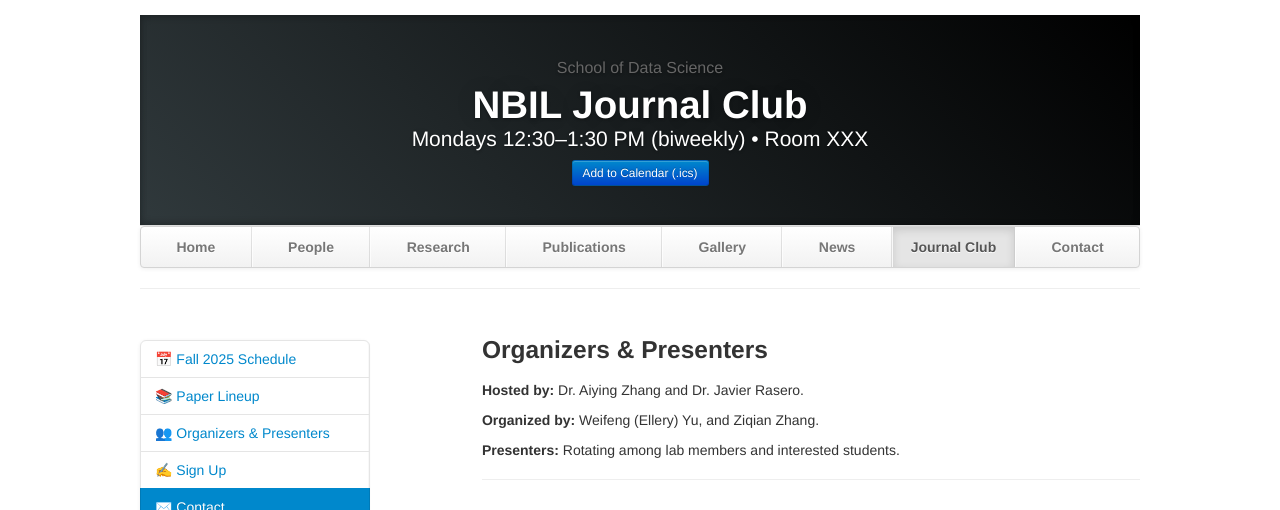
Repository: nbillab/nbillab.io
Page: journalclub.html
The author's editor kept a copy of each file at every save. The page is drawn from the files as they stood at one save, then again after the next save.
The browser window is 1280 px wide. The pictures show the part of the page from y = 0 to 510 px (the page is 2011 px tall before and 1831 px after).
Pictures or frames that could not be fetched are drawn as grey boxes.

Above is the page before, as saved 2025-09-08 16:02:05.

After the next save:
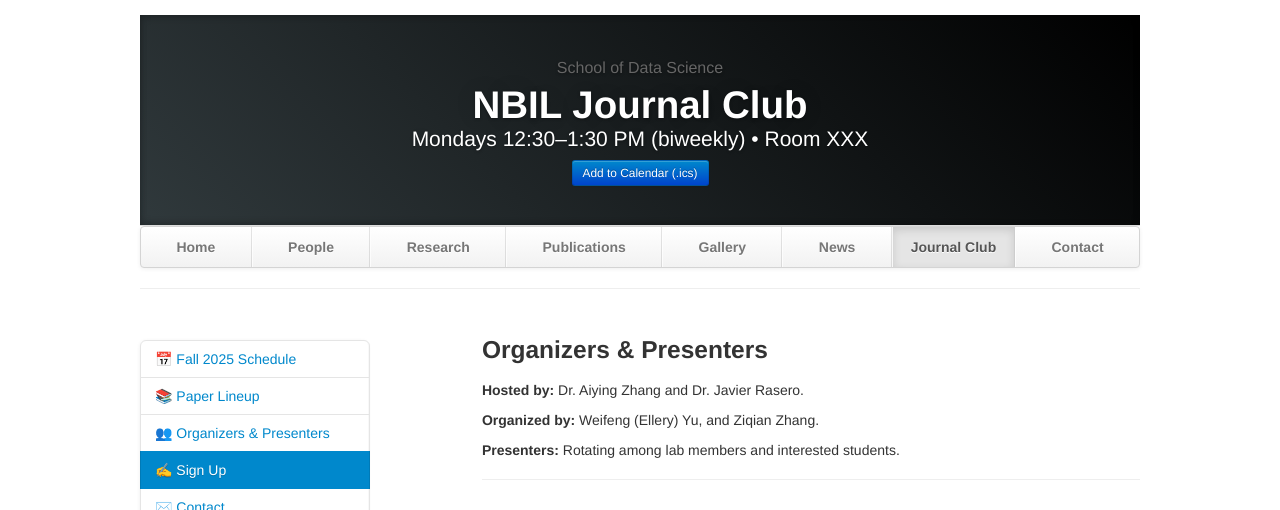
Saved 2 min 42 s later.
--- a/journalclub.html
+++ b/journalclub.html
@@ -163,15 +163,6 @@
           </div>
         </section>
 
-        <!-- Contact -->
-        <section id="contact">
-          <div class="page-header">
-            <h3>Contact</h3>
-            <p><b>When:</b> Mondays, 12:30–1:30 PM (biweekly)</p>
-            <p><b>Where:</b> School of Data Science (Room XXX)</p>
-            <p><b>Email:</b> <a href="mailto:xsa5db@virginia.edu">Aiying</a></p>
-          </div>
-        </section>
       </div>
     </div>
   </div>
